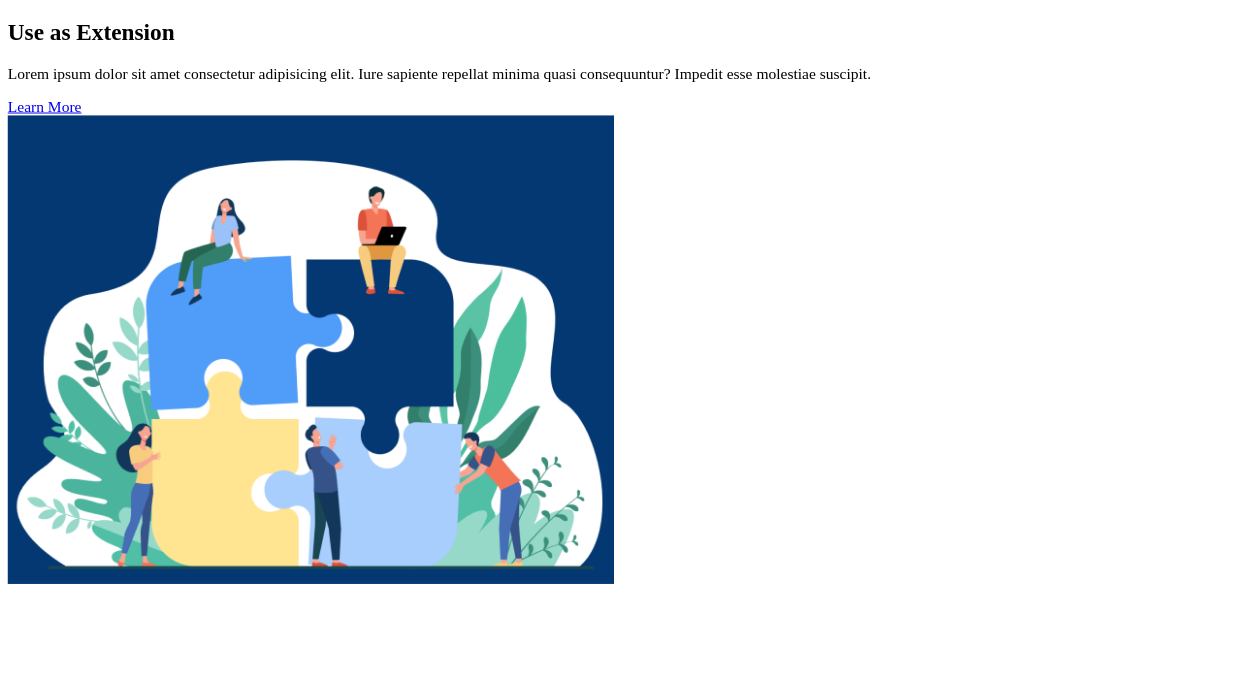
Repository: rinesagajtani0/whitespace_saas
Page: index.html
The author's editor kept a copy of each file at every save. The page is drawn from the files as they stood at one save, then again after a run of saves.
The browser window is 1280 px wide. The pictures show the whole page, at 97% of full size.

Above is the page before, as saved 2025-11-01 15:50:35.

### index.html
<!DOCTYPE html>
<html lang="en">
  <head>
    <meta charset="UTF-8" />
    <meta name="viewport" content="width=device-width, initial-scale=1.0" />
    <title>Document</title>
    <link rel="stylesheet" href="style.css" />
  </head>
  <body>
    <section class="hero hero-blue">
      <div class="hero__container">
        <div class="hero__content">
          <h2 class="hero__title">Use as <span>Extension</span></h2>
          <p class="hero__text">
            Lorem ipsum dolor sit amet consectetur adipisicing elit. Iure
            sapiente repellat minima quasi consequuntur? Impedit esse molestiae
            suscipit.
          </p>
           <a href="#" class="hero__btn btn btn--light">Learn More </a>
        </div>

        <div class="hero__image">
            <img src="img/foto1.png" alt="">
        </div>
      </div>
    </section>


    <section class="costumsize">
         <div class="customise__container">
             <div class="customise__image">

             </div>
         </div>
    </section>
  </body>
</html>

Loaded but not shown: style.css (no stored copy; drawn as an empty file)

After the next 4 saves:
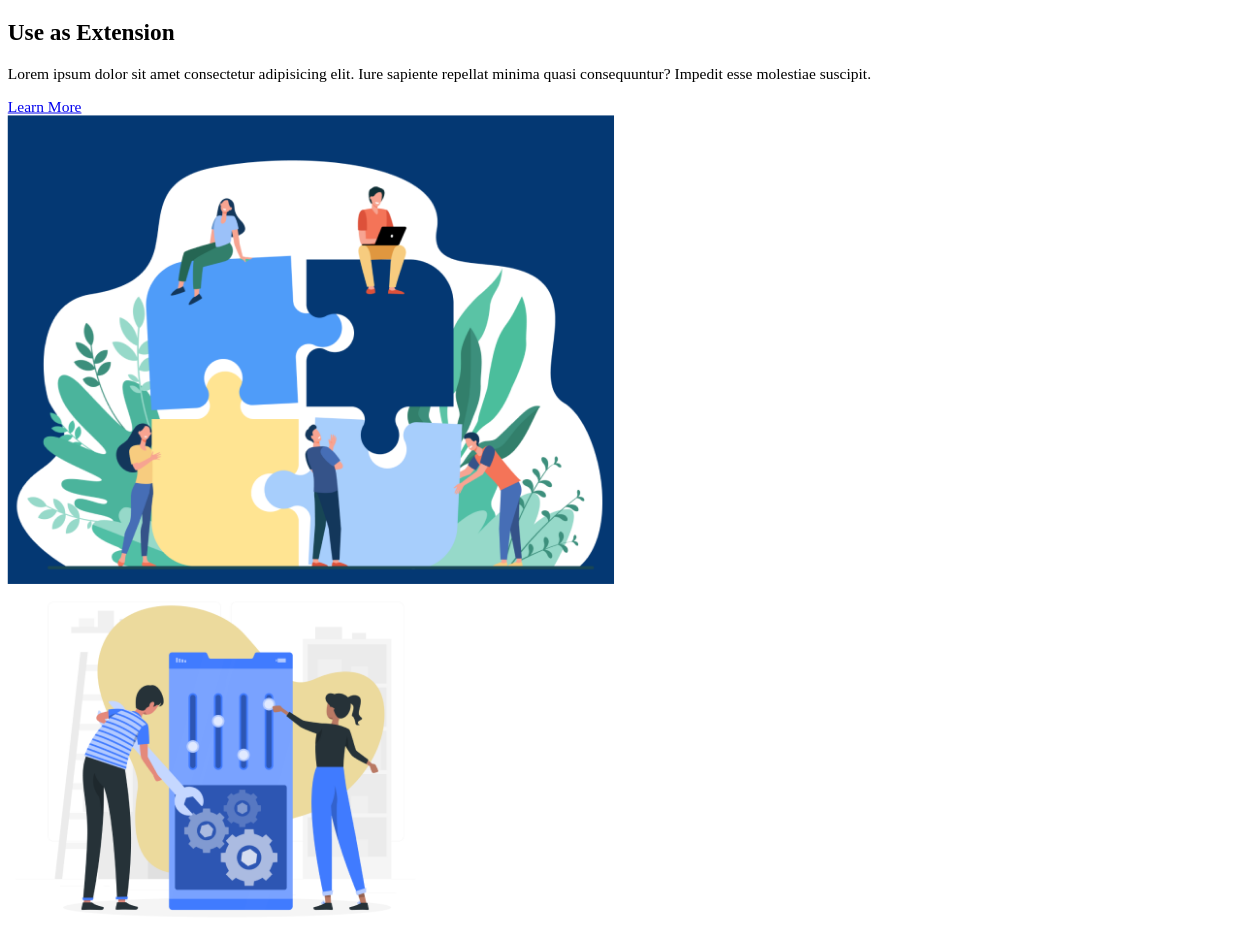
The 4 saves are shown as one change because they came seconds apart.
The last was saved 14 s later.
--- a/index.html
+++ b/index.html
@@ -29,7 +29,7 @@
     <section class="costumsize">
          <div class="customise__container">
              <div class="customise__image">
-
+                <img src="img/foto2.png" alt="">
              </div>
          </div>
     </section>
